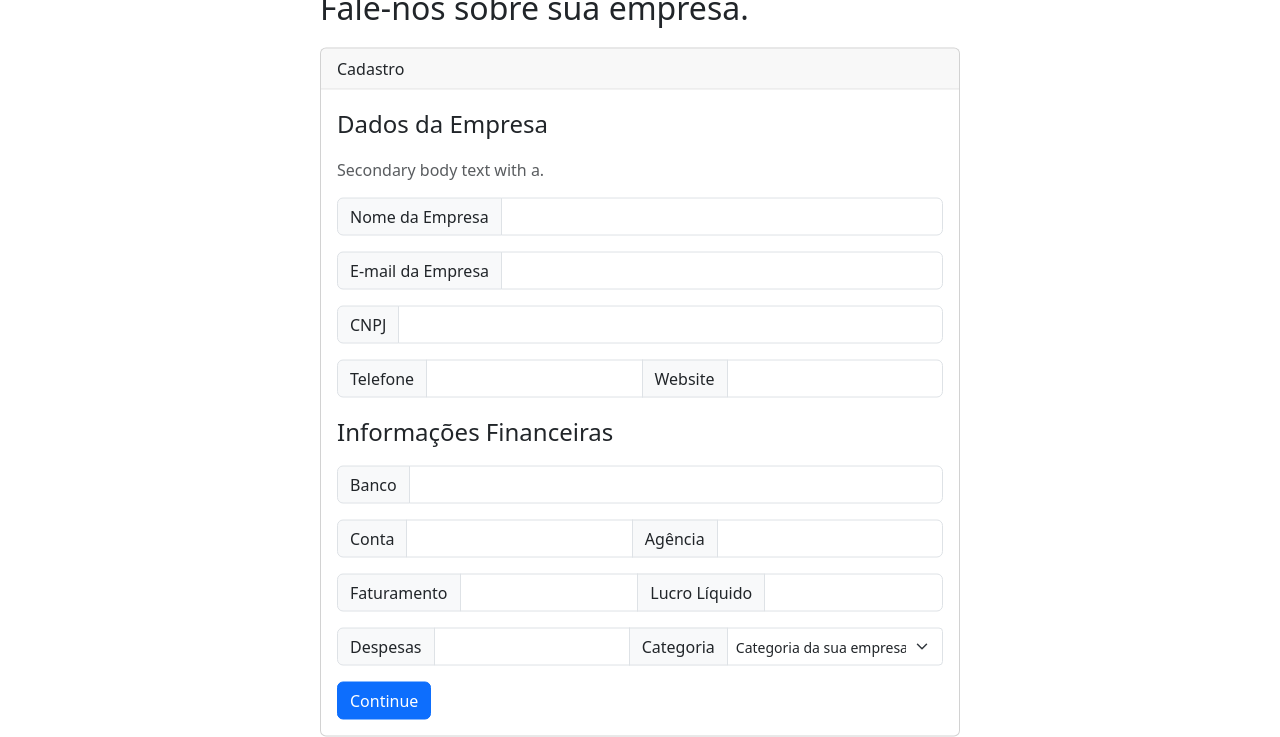
Repository: vandrecx/utilitaries
Page: http://localhost/login_archive/cadastro.php
These files come from the project's save history. The page is drawn as it stood at one moment and after the next save; the edit follows.
The browser window is 1280 px wide. The pictures show the whole page.
The page is run by PHP 8.4 with error messages shown; the project is at /var/www/html/.

Above is the page before, as saved 2024-05-03 13:29:04.

After the next save:
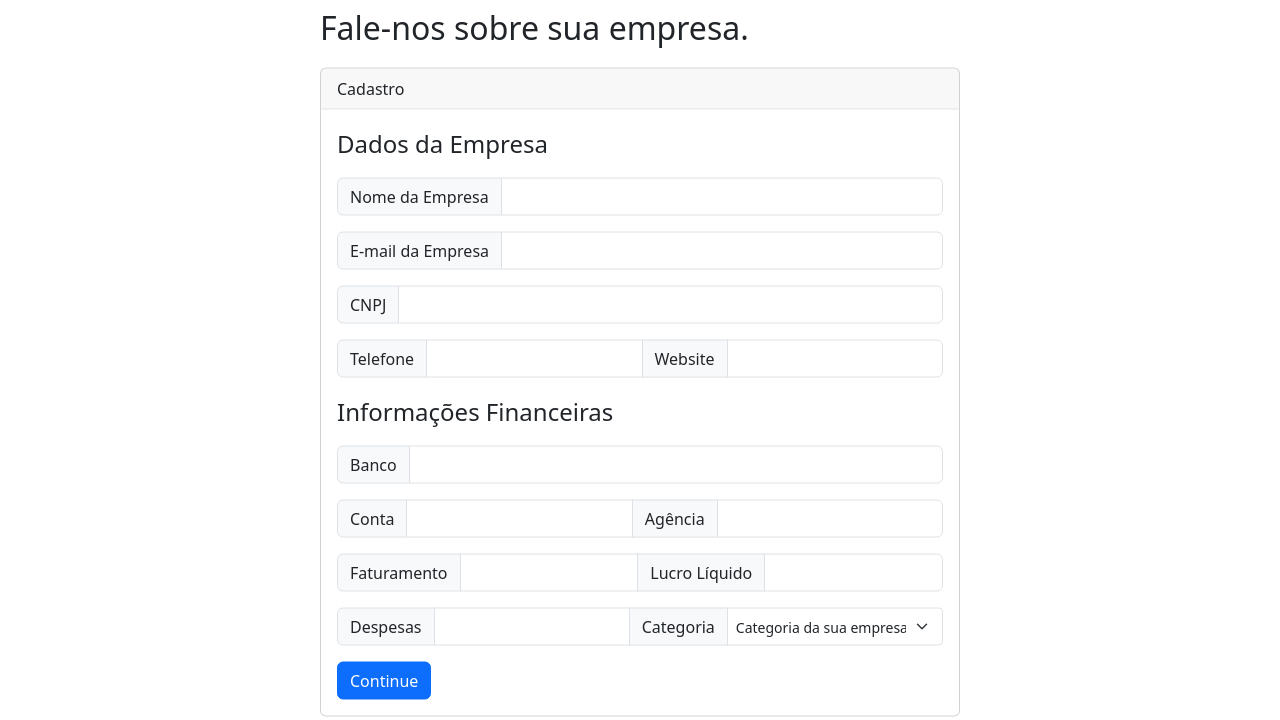
Saved 13 s later.
--- a/login_archive/cadastro.php
+++ b/login_archive/cadastro.php
@@ -22,9 +22,6 @@ include 'funcoes.php';
             </div>
             <div class="card-body">
                 <p class="fs-4">Dados da Empresa</p>
-                <p class="text-body-secondary">
-                        Secondary body text with a.
-                    </p>
                 <form method="POST" action="UserSignUp.php">
                     <div class="input-group mb-3">
                         <span class="input-group-text" id="inputGroup-sizing-default">Nome da Empresa</span>
